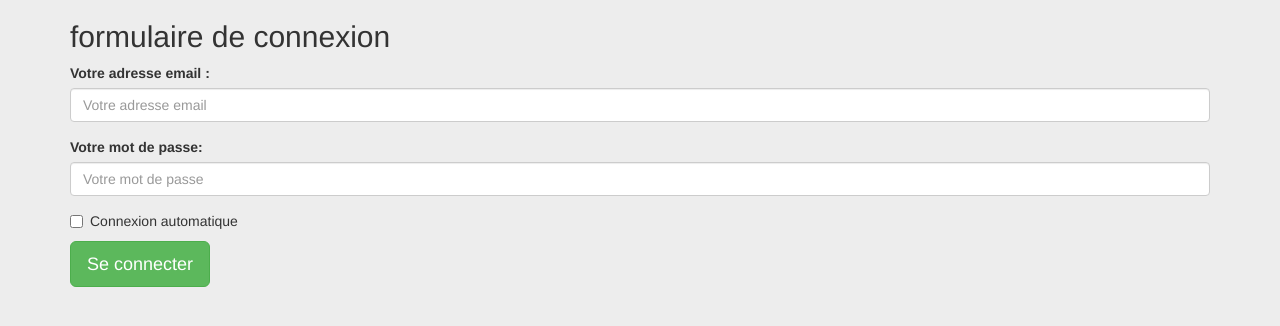
Repository: lemzoo/formation_Java8
Page: EspaceMembre/srcPHP/formulaireConnexion.html
The author's editor kept a copy of each file at every save. The page is drawn from the files as they stood at one save, then again after the next save.
The browser window is 1280 px wide. The pictures show the whole page.

Above is the page before, as saved 2016-06-10 15:20:16.

### EspaceMembre/srcPHP/formulaireConnexion.html
<!DOCTYPE html>
<html lang="en">
<head>
  <title>Bootstrap Example</title>
  <meta charset="utf-8">
  <meta name="viewport" content="width=device-width, initial-scale=1">
  <link rel="stylesheet" href="http://maxcdn.bootstrapcdn.com/bootstrap/3.3.6/css/bootstrap.min.css">
  <script src="https://ajax.googleapis.com/ajax/libs/jquery/1.12.2/jquery.min.js"></script>
  <script src="http://maxcdn.bootstrapcdn.com/bootstrap/3.3.6/js/bootstrap.min.js"></script>

  <style type="text/css">
  	body{
  		background:rgba(221,221,221,0.5);
  	}
  </style>
</head>
<body>

<div class="container">
  <h2>formulaire de connexion</h2>
  <form role="form" method="post" action="connexion.php">
    <div class="form-group">
      <label for="emailSaisi">Votre adresse email :</label>
      <input type="email" class="form-control" name="emailSaisi" placeholder="Votre adresse email">
    </div>
    <div class="form-group">
      <label for="passwordSaisi">Votre mot de passe:</label>
      <input type="password" class="form-control" name="passwordSaisi" placeholder="Votre mot de passe">
    </div>
    <div class="checkbox">
      <label><input type="checkbox" name="connexionAuto"> Connexion automatique</label>
    </div>
    <button type="submit" class="btn btn-lg btn-success">Se connecter</button>
  </form>
</div>

</body>
</html>

After the next save:
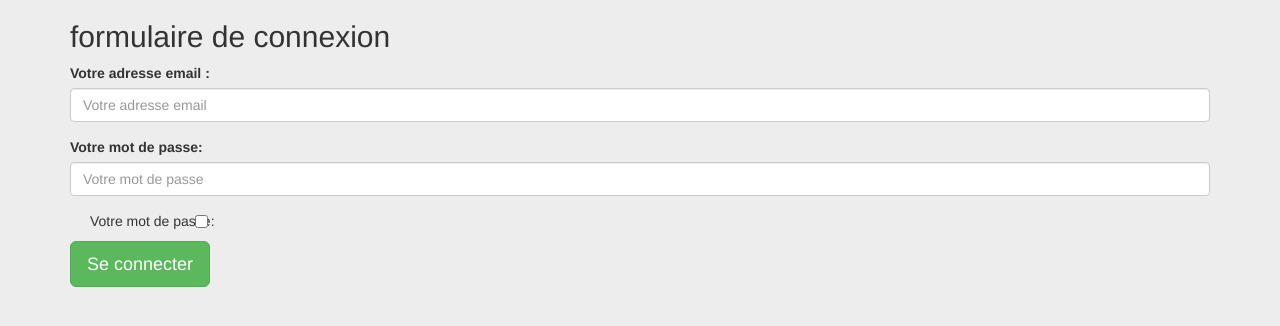
Saved 85 s later.
--- a/EspaceMembre/srcPHP/formulaireConnexion.html
+++ b/EspaceMembre/srcPHP/formulaireConnexion.html
@@ -28,7 +28,9 @@
       <input type="password" class="form-control" name="passwordSaisi" placeholder="Votre mot de passe">
     </div>
     <div class="checkbox">
-      <label><input type="checkbox" name="connexionAuto"> Connexion automatique</label>
+   	  <label for="passwordSaisi">Votre mot de passe:</label>
+      <!-- <label><input type="checkbox" name="connexionAuto"> Connexion automatique</label>-->
+      <input type="checkbox" name="connexionAuto"/>
     </div>
     <button type="submit" class="btn btn-lg btn-success">Se connecter</button>
   </form>
